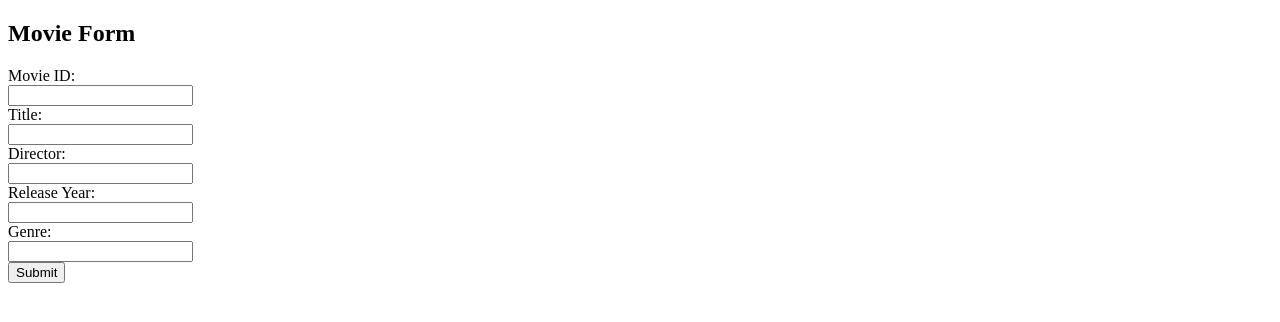
Repository: jeewan-kumar/Servlet
Page: Customer/src/main/webapp/Customer.html
The author's editor kept a copy of each file at every save. The page is drawn from the files as they stood at one save, then again after the next save.
The browser window is 1280 px wide. The pictures show the whole page.

Above is the page before, as saved 2024-02-27 16:53:34.

After the next save:
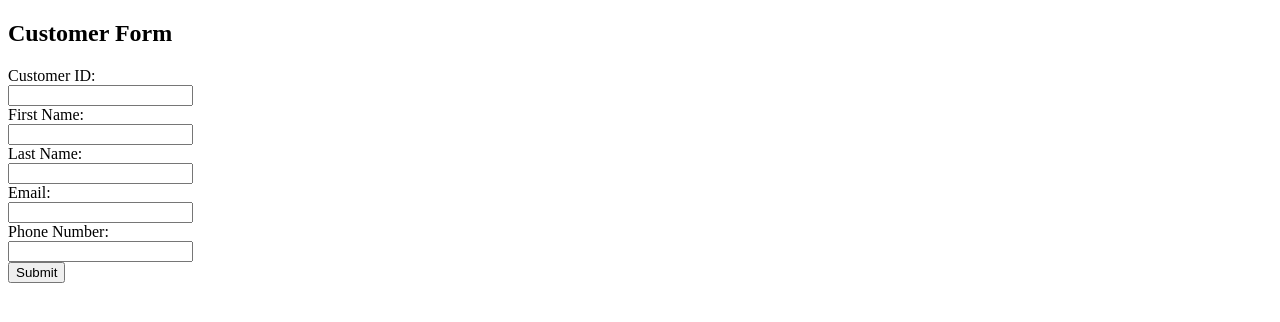
Saved 22 s later.
--- a/Customer/src/main/webapp/Customer.html
+++ b/Customer/src/main/webapp/Customer.html
@@ -5,22 +5,22 @@
 <title>Insert title here</title>
 </head>
 <body>
-	<h2>Movie Form</h2>
-    <form action="MovieServlet" method="post">
-        <label for="movieId">Movie ID:</label><br>
-        <input type="number" id="movieId" name="movieId" required><br>
+	<h2>Customer Form</h2>
+    <form action="CustomerServlet" method="post">
+        <label for="customerId">Customer ID:</label><br>
+        <input type="number" id="customerId" name="customerId" required><br>
 
-        <label for="title">Title:</label><br>
-        <input type="text" id="title" name="title" required><br>
+        <label for="firstName">First Name:</label><br>
+        <input type="text" id="firstName" name="firstName" required><br>
 
-        <label for="director">Director:</label><br>
-        <input type="text" id="director" name="director" required><br>
+        <label for="lastName">Last Name:</label><br>
+        <input type="text" id="lastName" name="lastName" required><br>
 
-        <label for="releaseYear">Release Year:</label><br>
-        <input type="number" id="releaseYear" name="releaseYear" required><br>
+        <label for="email">Email:</label><br>
+        <input type="email" id="email" name="email" required><br>
 
-        <label for="genre">Genre:</label><br>
-        <input type="text" id="genre" name="genre" required><br>
+        <label for="phoneNumber">Phone Number:</label><br>
+        <input type="text" id="phoneNumber" name="phoneNumber" required><br>
 
         <input type="submit" value="Submit">
     </form>
